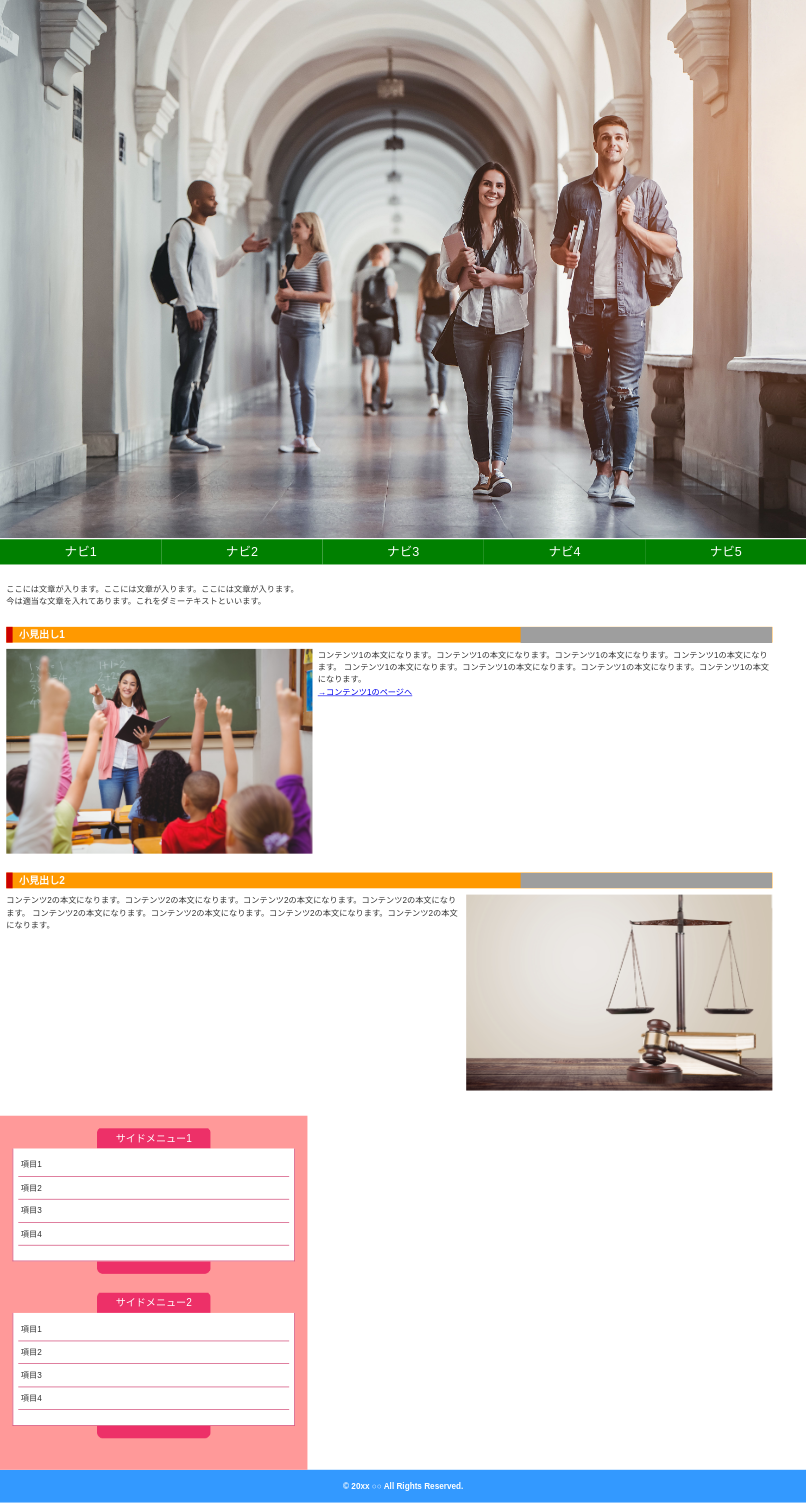
Repository: Tsubasa-Sounds/samurai_HTML-CSS
Page: samurai/home.html
The author's editor kept a record of every edit. The page is drawn from the files as they stood at one moment, then again after the next edit.
The browser window is 1280 px wide. The pictures show the whole page, at 63% of full size.
Pictures or frames that could not be fetched are drawn as grey boxes.

Above is the page before.

### samurai/home.html
<!DOCTYPE html>
<html lang="ja">
    <head>
        <meta charset="UTF-8">
        <title>HTML/CSSの学習</title>
        <link rel="stylesheet" href="stylesheet.css">
    </head>
    <body>
        <div id="header">
            <h1><a href="index.html"><img id="corridor" src="images/corridor.jpeg" alt="大学の廊下" /></a></h1>
        </div>
        <div id="wrapper">
            <div id="nav">
                <ul>
                    <li><a href="home.html">ナビ1</a></li>
                    <li><a href="#">ナビ2</a></li>
                    <li><a href="#">ナビ3</a></li>
                    <li><a href="#">ナビ4</a></li>
                    <li><a href="#">ナビ5</a></li>
                </ul>
            </div>
                <div id="container">
                    <div id="main">
                        <div class="post">
                            <p>ここには文章が入ります。ここには文章が入ります。ここには文章が入ります。<br />今は適当な文章を入れてあります。これをダミーテキストといいます。</p>
                        </div>
                        <div class="post clearfix">
                            <h2>小見出し1</h2>
                            <img class="left" src="images/classroom.jpeg" alt="授業風景" />
                            <p>
                                コンテンツ1の本文になります。コンテンツ1の本文になります。コンテンツ1の本文になります。コンテンツ1の本文になります。
                                コンテンツ1の本文になります。コンテンツ1の本文になります。コンテンツ1の本文になります。コンテンツ1の本文になります。
                            </p>
                            <p><a href="#">→コンテンツ1のページへ</a></p>
                        </div>
                        <div class="post clearfix">
                            <h2>小見出し2</h2>
                            <img class="right" src="images/scale.jpeg" alt="天秤" />
                            <p>
                                コンテンツ2の本文になります。コンテンツ2の本文になります。コンテンツ2の本文になります。コンテンツ2の本文になります。
                                コンテンツ2の本文になります。コンテンツ2の本文になります。コンテンツ2の本文になります。コンテンツ2の本文になります。
                            </p>
                        </div>
                    </div>
                    <div id="side">
                        <div class="box">
                            <h2>サイドメニュー1</h2>
                            <div class="boxBody">
                                <ul>
                                    <li>項目1</li>
                                    <li>項目2</li>
                                    <li>項目3</li>
                                    <li>項目4</li>
                                </ul>
                            </div>
                        </div>
                        <div class="box">
                            <h2>サイドメニュー2</h2>
                            <div class="boxBody">
                                <ul>
                                    <li>項目1</li>
                                    <li>項目2</li>
                                    <li>項目3</li>
                                    <li>項目4</li>
                                </ul>
                            </div>
                        </div>
                    </div
                </div>
        </div>
        <div id="footer">
            <p>&copy; 20xx ○○ All Rights Reserved.</p>
        </div>
    </body>
</html>

### samurai/stylesheet.css
@charset "utf-8";

body {
	margin: 0;
	padding: 0;
	font-family: "ヒラギノ角ゴ Pro W3", "Hiragino Kaku Gothic Pro", "メイリオ", Meiryo, Osaka, "ＭＳ Ｐゴシック", "MS PGothic", sans-serif;
	color: #333;
	font-size: 13px;
	line-height: 150%;
}

/* -------------------- wrapper -------------------- */
#wrapper {
	width: 100%;
	margin: auto;
	padding: 0px;
	border: 0px;
	background-color: #FFF;
	top: 10px;
}
/* -------------------- header -------------------- */
#header {
	width: 100%;
}
#header h1 {
	margin: 0;
	padding: 0;
}

#corridor {
	width: 100%;
	height: auto;
}

/* -------------------- footer -------------------- */
#footer {
	clear: both;
	width: 100%;
	padding: 3px 0 3px 0;
	background: #39F;
	color: #FFF;
	font-weight: bold;
	text-align: center;
}

/* -------------------- nav -------------------- */
#nav {
    width: 100%;
}
#nav ul {
    display: flex;
    margin: 0;
    padding: 0;
    list-style-type: none;
}
#nav ul li {
    width: 20%;
    text-align: center;
}
#nav ul li a {
    display: block;
    height: 20px;
    margin: 0;
    padding: 10px;
    color: #FFF;
    font-size: 20px;
    text-decoration: none;
    background-color: green;
}
#nav ul li a:hover {
    filter: drop-shadow(10px 10px 10px black);
}
/* -------------------- container -------------------- */
#container {
    width: 100%;
    margin: auto;
    padding: auto;
    padding-top: 20px;
    clear: both;
    /*: grid;
	grid-template-columns: 70vw 30vw;*/
}
/* -------------------- main -------------------- */
#main {
    width: 95%;
    padding:10px 30px 10px 10px;
}
#main h2 {
    margin: 0 0 10px 0;
    padding: 3px 10px 3px 10px;
    color: #FFF;
    font-size: 16px;
    border-left: solid 10px #C00;
    background: #F90 url(../images/main_h2.jpg) right top repeat-y;
}
#main p {
    margin: 0;
    padding: 0;
}
#main .post {
    margin: 0 0 30px 0;
}

#main .post img.right {
    margin: 0 0 0 8px;
}
#main .post img.left {
    margin: 0 8px 0 0;
}
.right {
    float: right;
    width: 40%;
    height: auto;
}
.left {
    float: left;
    width: 40%;
    height: auto;
}

/* -------------------- clearfix -------------------- */
.clearfix {
    zoom: 1;
}
.clearfix:after{
    content: "";
    display: block;
    clear: both;
}

/* -------------------- side -------------------- */
#side {
    float: left;
    width: 35%;
    padding: 20px;
    background-color: #F99;
}
#side .box {
    margin: 0 auto 30px auto;
    padding: 0 0 20px 0;
    background: url(images/side_box.png) bottom no-repeat;
}
#side .box h2 {
    margin: 0;
    padding: 8px;
    text-align: center;
    color: #fff;
    font-size: 16px;
    line-height: 16px;
    font-weight: normal;
    background: url(images/side_box_h2.png) center no-repeat
}
#side .box .boxBody {
    padding: 8px;
    border-right: solid 1px #C36;
    border-bottom: solid 1px #C36;
    border-left: solid 1px #C36;
    background: #fff;
}
#side .box .boxBody ul {
    margin: 0 0 16px 0;
    padding: 0;
}
#side .box .boxBody ul li {
    padding: 8px 0 8px 4px;
    list-style: none;
    border-bottom: solid 1px #C36;
}
#side .box .boxBody ul li:hover {
    padding: 8px 0 8px 4px;
    list-style: none;
    border-bottom: solid 1px #C36;
    box-shadow: 0px 4px 4px rgba(0, 0, 0, 0.3);
}

After the next edit:
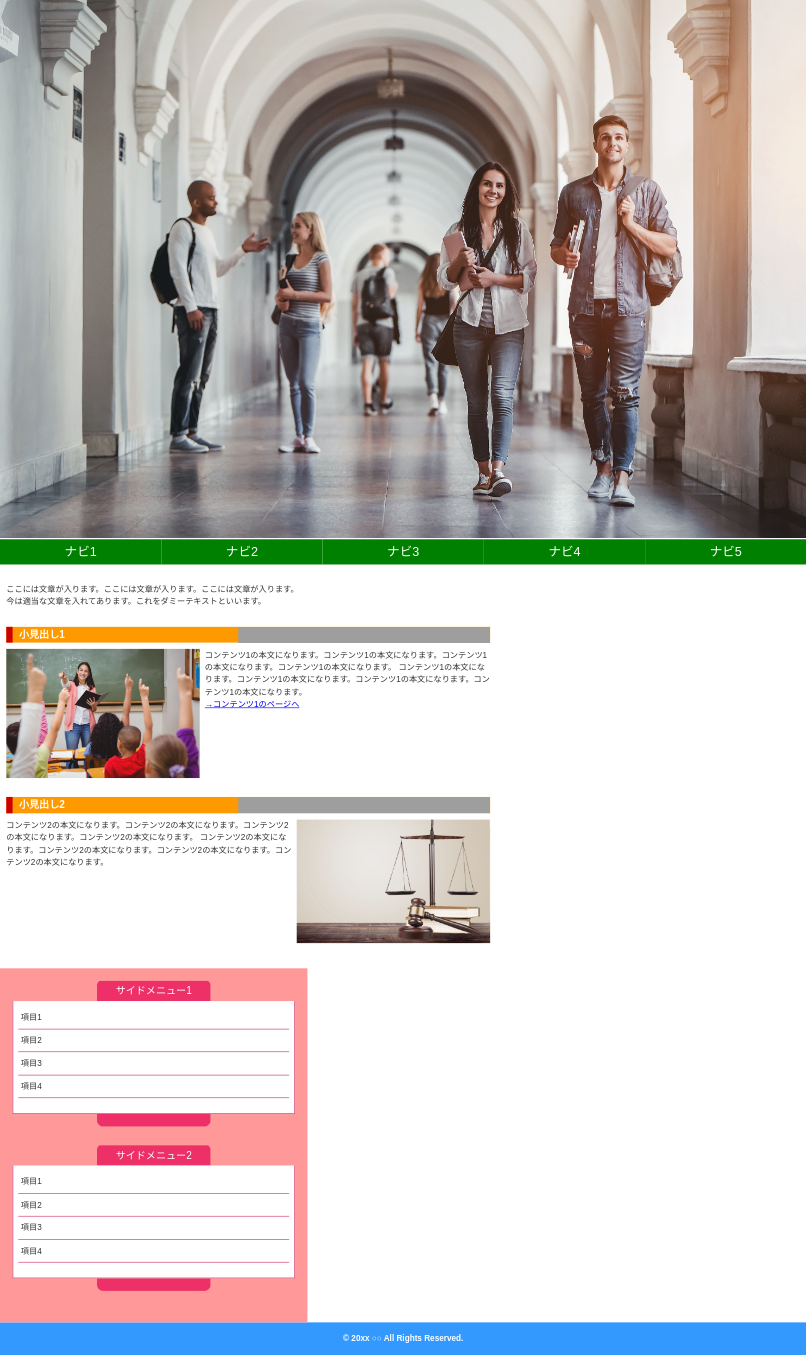
The edit:
--- a/samurai/stylesheet.css
+++ b/samurai/stylesheet.css
@@ -82,7 +82,8 @@
 }
 /* -------------------- main -------------------- */
 #main {
-    width: 95%;
+    float: left;
+    width: 60%;
     padding:10px 30px 10px 10px;
 }
 #main h2 {
